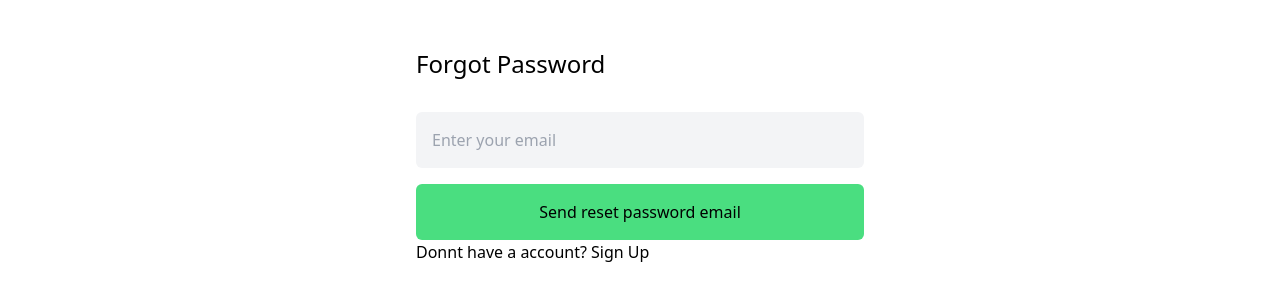
Repository: sevilgenysf/firebase
Page: /forgot-password
An editor plug-in stored every save of this project. The page is shown before and after the next save, followed by the edit.
The browser window is 1280 px wide. The pictures show the whole page.
The project was rebuilt for these pictures with package versions that can differ from the ones it lists, and the page was loaded fresh each time. Also part of the build but not shown: src/pages/Home.js, src/firebase.js, src/pages/SignIn.js, src/pages/SignUp.js.

Above is the page before, as saved 2023-01-04 14:41:30.

After the next save:
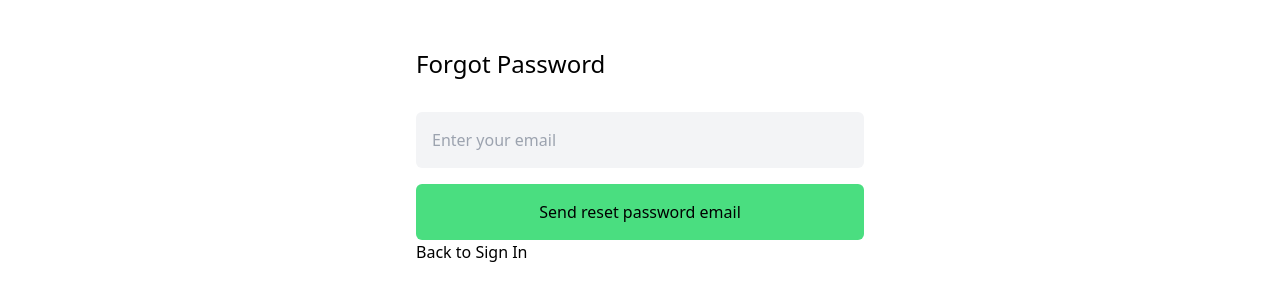
Saved 29 s later.
--- a/src/pages/ForgotPassword.js
+++ b/src/pages/ForgotPassword.js
@@ -16,7 +16,7 @@ const ForgotPassword = () => {
 					className="p-4 bg-green-400 rounded-md"
 				/>
 			</form>
-			<Link to="/sign-up">Donnt have a account? Sign Up</Link>
+			<Link to="/sign-in">Back to Sign In</Link>
 		</div>
 	);
 };
